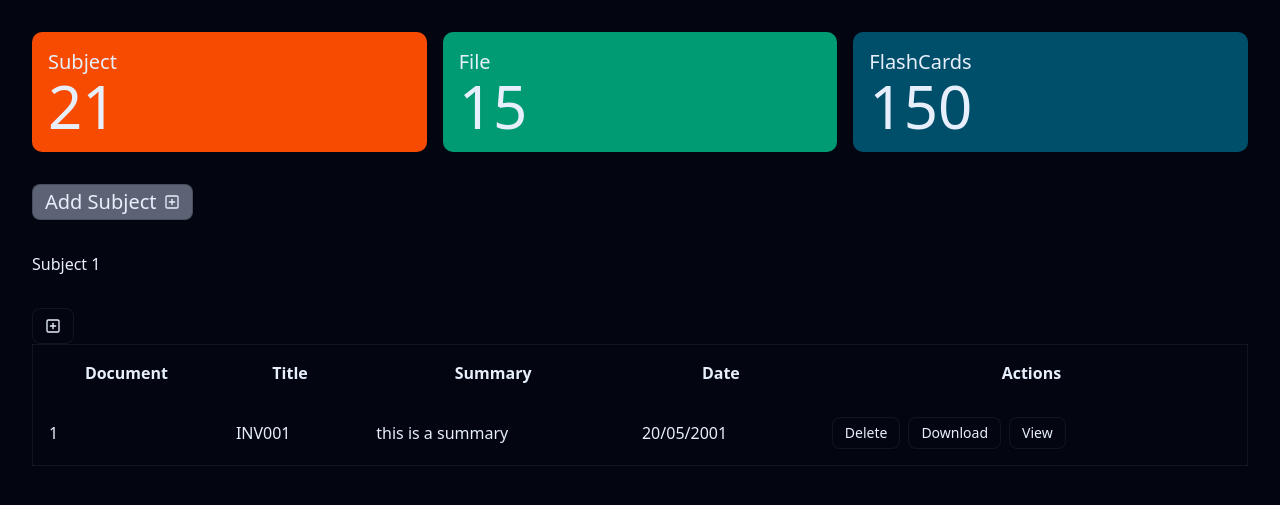
Repository: SywarDer/Student-Assistance
Page: /dashboard (app in student-assistant/)
An editor plug-in stored every save of this project. The page is shown before and after the next save, followed by the edit.
The browser window is 1280 px wide. The pictures show the whole page.
The project was rebuilt for these pictures with package versions that can differ from the ones it lists, and the page was loaded fresh each time. The framework's server and built-in components were replaced by stand-ins that run in the browser. Also part of the build but not shown: student-assistant/next.config.ts, student-assistant/components/ui/input.tsx.

Above is the page before, as saved 2025-10-30 20:59:11.

After the next save:
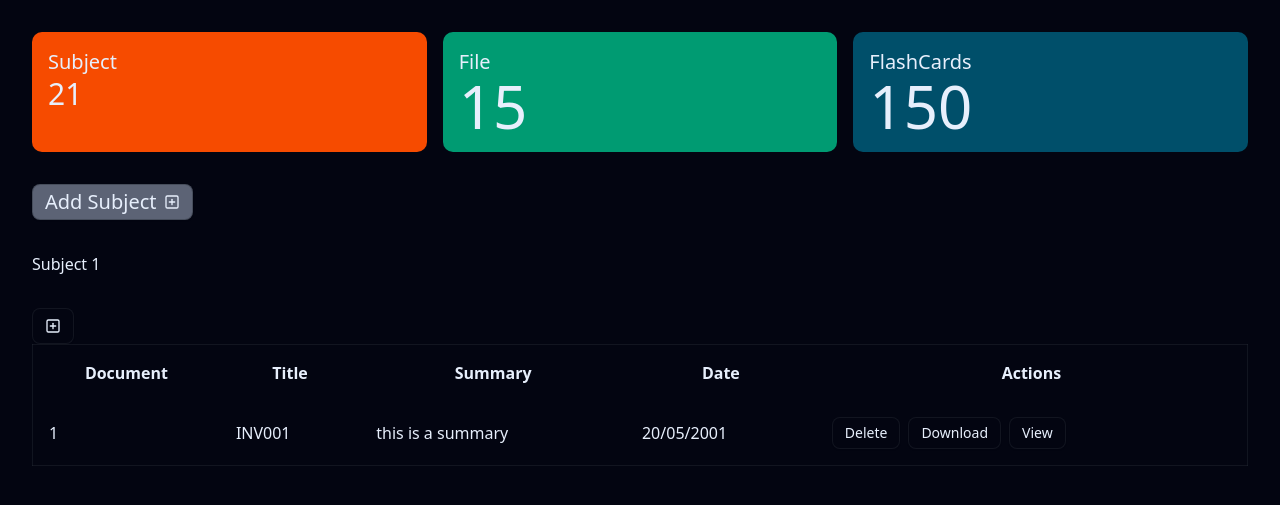
Saved 4 days later.
--- a/student-assistant/app/dashboard/page.tsx
+++ b/student-assistant/app/dashboard/page.tsx
@@ -32,7 +32,7 @@
                     color: "var(--card-foreground)",
                 }}>
                     <h1 className="text-xl">Subject</h1>
-                    <h1 className="text-6xl">21</h1>
+                    <h1 className="text-3xl">21</h1>
                 </div>
                 <div className="rounded-lg p-4 w-1/3" style={{
                     backgroundColor: "var(--chart-2)",

After the save that followed:
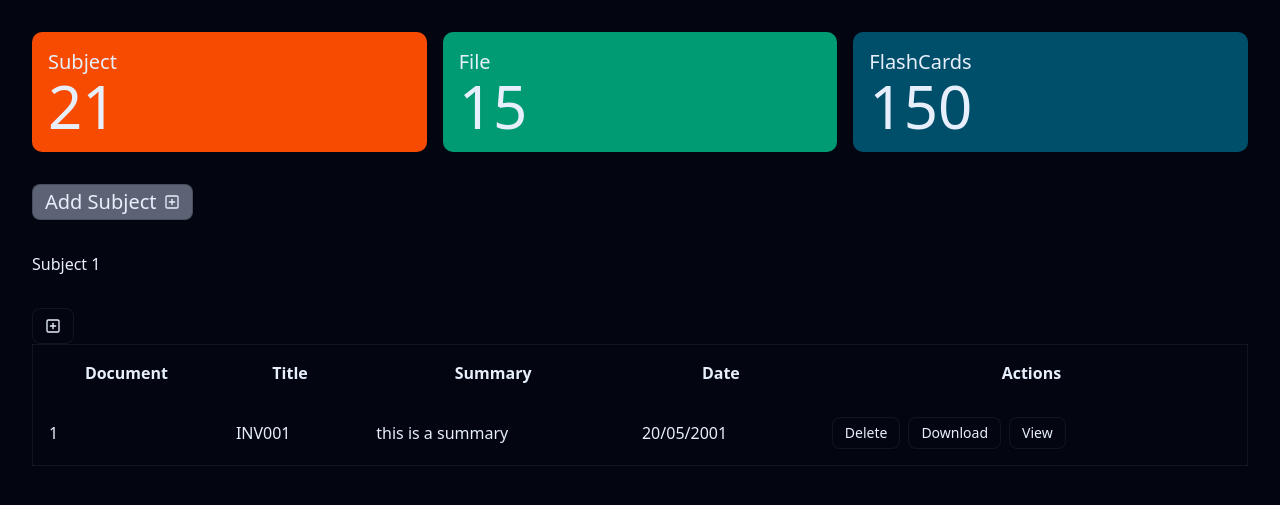
Saved 11 s later.
--- a/student-assistant/app/dashboard/page.tsx
+++ b/student-assistant/app/dashboard/page.tsx
@@ -32,7 +32,7 @@
                     color: "var(--card-foreground)",
                 }}>
                     <h1 className="text-xl">Subject</h1>
-                    <h1 className="text-3xl">21</h1>
+                    <h1 className="text-6xl">21</h1>
                 </div>
                 <div className="rounded-lg p-4 w-1/3" style={{
                     backgroundColor: "var(--chart-2)",
